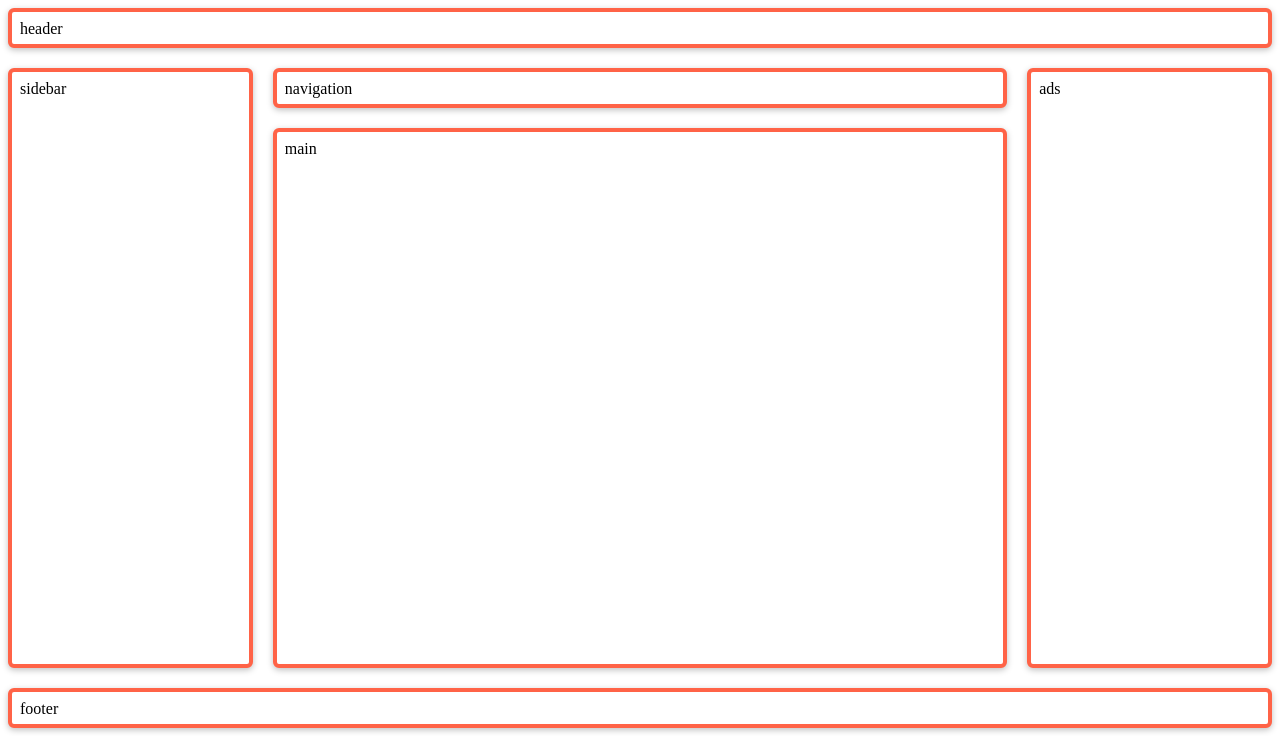
Repository: cokoduwa/css-layouts
Page: grid-exercises/03-page-layout/practice.html
The author's editor kept a copy of each file at every save. The page is drawn from the files as they stood at one save, then again after the next save.
The browser window is 1280 px wide. The pictures show the whole page.

Above is the page before, as saved 2022-10-03 19:51:17.

After the next save:
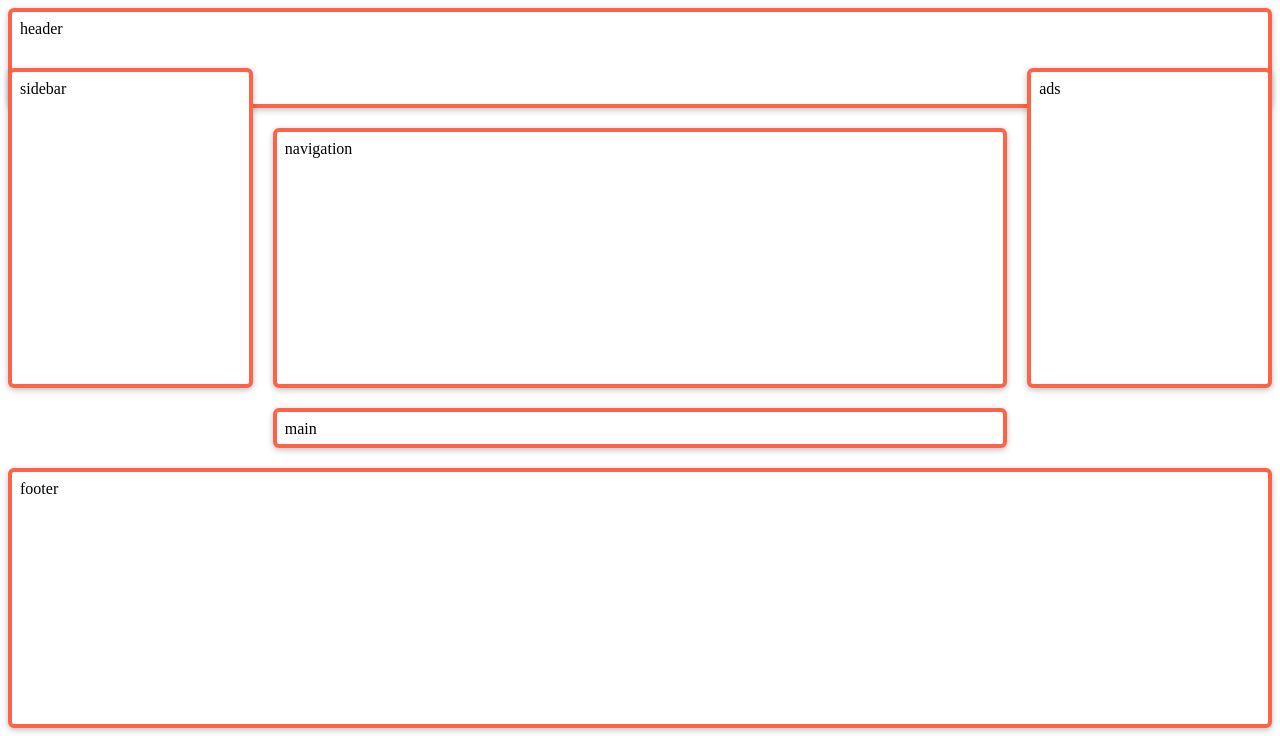
Saved 8 s later.
--- a/grid-exercises/03-page-layout/style.css
+++ b/grid-exercises/03-page-layout/style.css
@@ -20,7 +20,7 @@
   grid-column-start: 1;
   grid-column-end: 4;
   grid-row-start: 1;
-  grid-row-end:2;
+  grid-row-end:3;
 }
 
 .navigation {

After the save that followed:
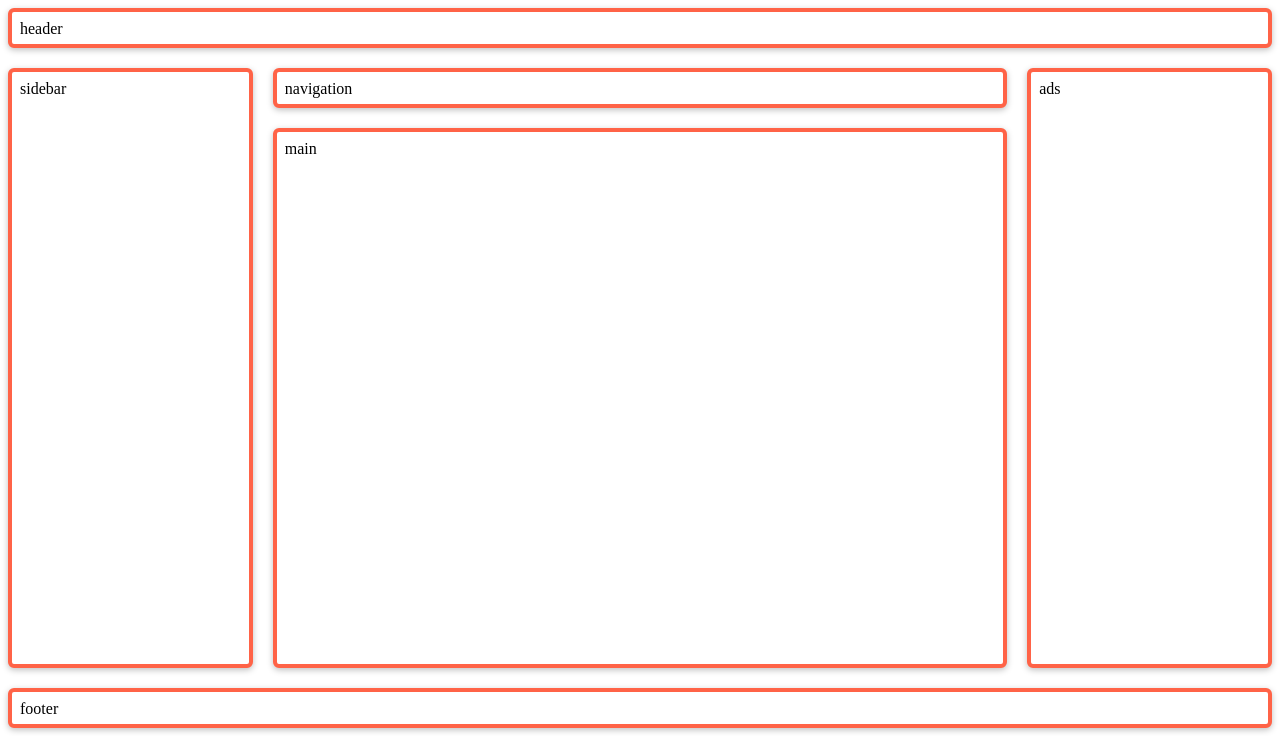
Saved 10 s later.
--- a/grid-exercises/03-page-layout/style.css
+++ b/grid-exercises/03-page-layout/style.css
@@ -20,7 +20,7 @@
   grid-column-start: 1;
   grid-column-end: 4;
   grid-row-start: 1;
-  grid-row-end:3;
+  grid-row-end:2;
 }
 
 .navigation {
